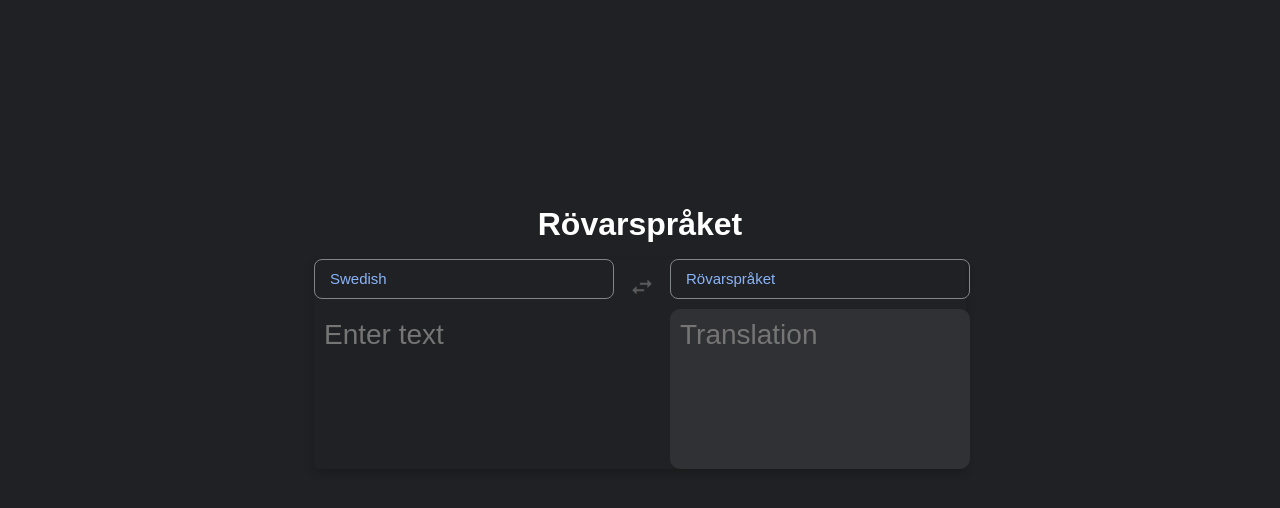
Repository: ShamroOoz/R-varspr-ket-Translator
Page: /
These files come from the project's save history. The page is drawn as it stood at one moment and after the next save; the edit follows.
The browser window is 1280 px wide. The pictures show the whole page.
The project was rebuilt for these pictures with package versions that can differ from the ones it lists, and the page was loaded fresh each time.

Above is the page before, as saved 2022-05-17 23:54:08.

After the next save:
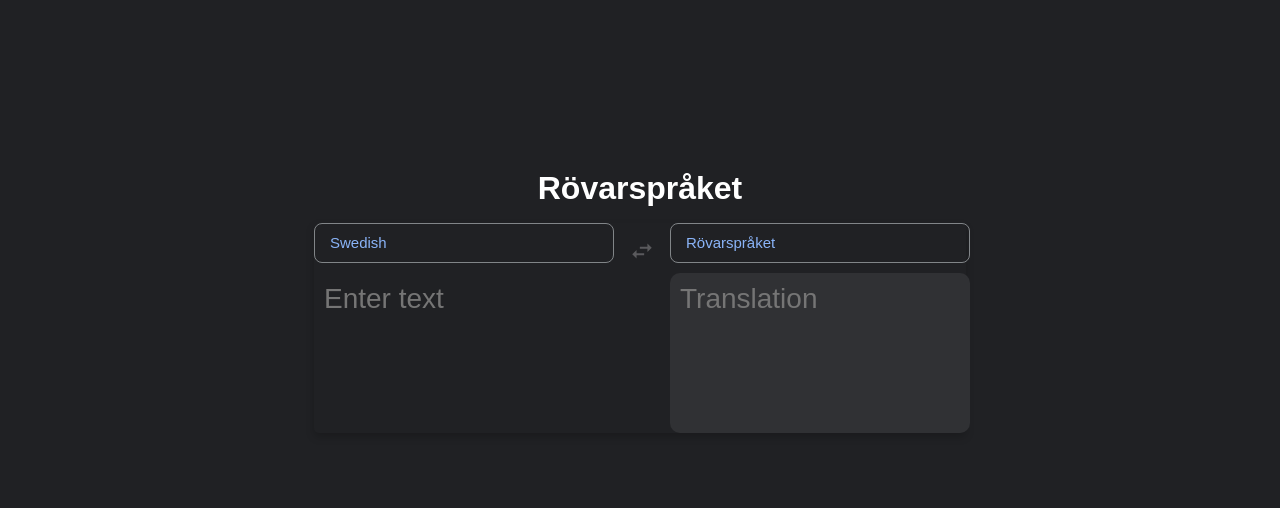
Saved 6 s later.
--- a/src/index.css
+++ b/src/index.css
@@ -7,7 +7,7 @@ body {
   background-color: #202124;
   display: flex;
   justify-content: center;
-  height: 90vh;
+  height: 80vh;
   align-items: center;
 }
 
